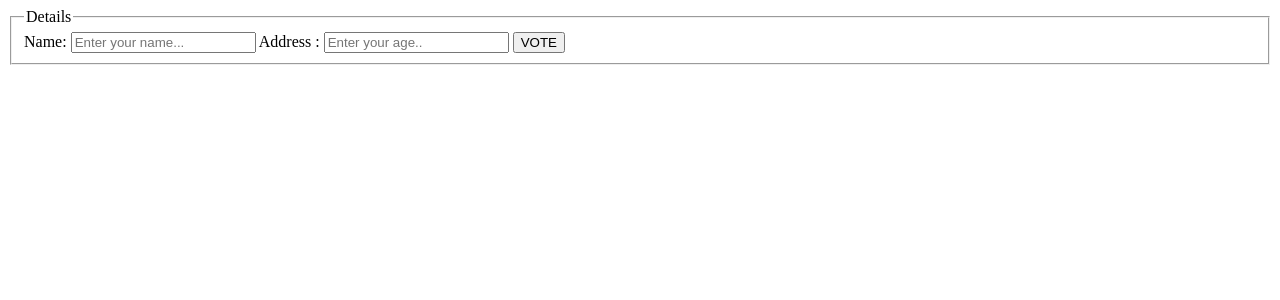
Repository: Sunnyguptha/SERVLET-ADV-JAVA
Page: VotServer/src/main/webapp/form.html
The author's editor kept a copy of each file at every save. The page is drawn from the files as they stood at one save, then again after the next save.
The browser window is 1280 px wide. The pictures show the whole page.

Above is the page before, as saved 2025-04-27 11:34:26.

After the next save:
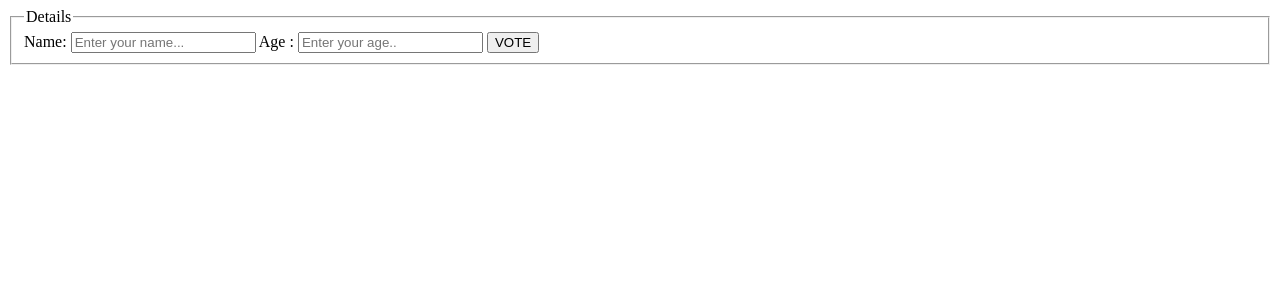
Saved 4 min 1 s later.
--- a/VotServer/src/main/webapp/form.html
+++ b/VotServer/src/main/webapp/form.html
@@ -15,7 +15,7 @@
 			</tr>
 
 			<tr>
-				<td><label>Address :</label></td>
+				<td><label>Age :</label></td>
 
 				<td><input type="number" name="t2"
 					placeholder="Enter your age.." /></td>
